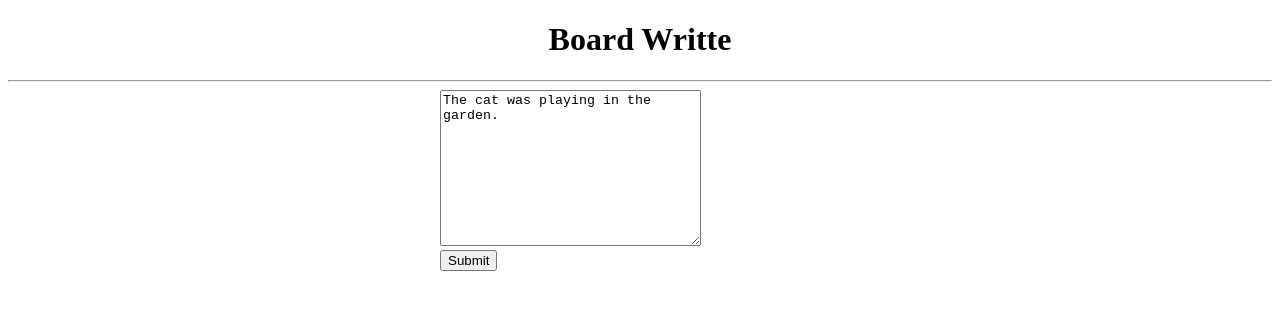
Repository: ByeonYJ/CSSTest
Page: GMSUI/WebContent/board/board_write.html
The author's editor kept a copy of each file at every save. The page is drawn from the files as they stood at one save, then again after the next save.
The browser window is 1280 px wide. The pictures show the whole page.

Above is the page before, as saved 2017-07-20 02:29:54.

After the next save:
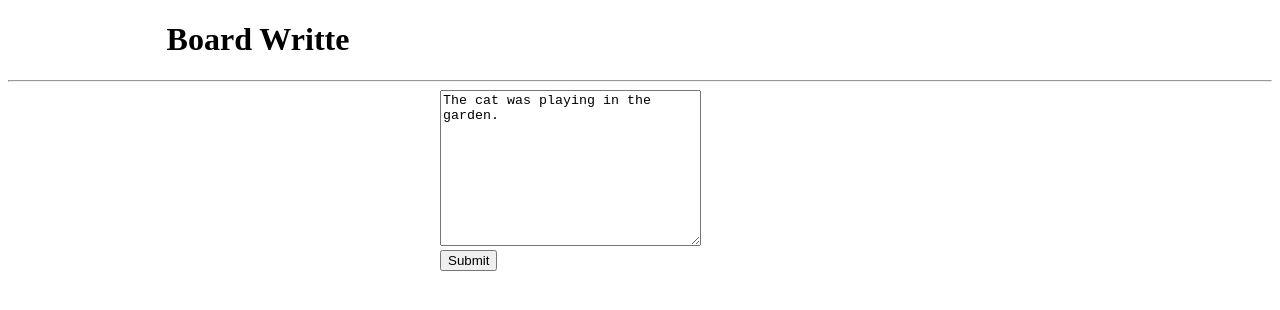
Saved 54 s later.
--- a/GMSUI/WebContent/board/board_write.html
+++ b/GMSUI/WebContent/board/board_write.html
@@ -20,7 +20,7 @@
 </head>
 <body>
 	<div id="wrapper" style="width: 100%">
-   <h1 class="text-center">Board Writte</h1>
+   <h1 class="text-center" style="width: 500px">Board Writte</h1>
    <hr/>
 <div id="container" class="margin-auto" style="width: 400px">
 <form action="/action_page.php">
